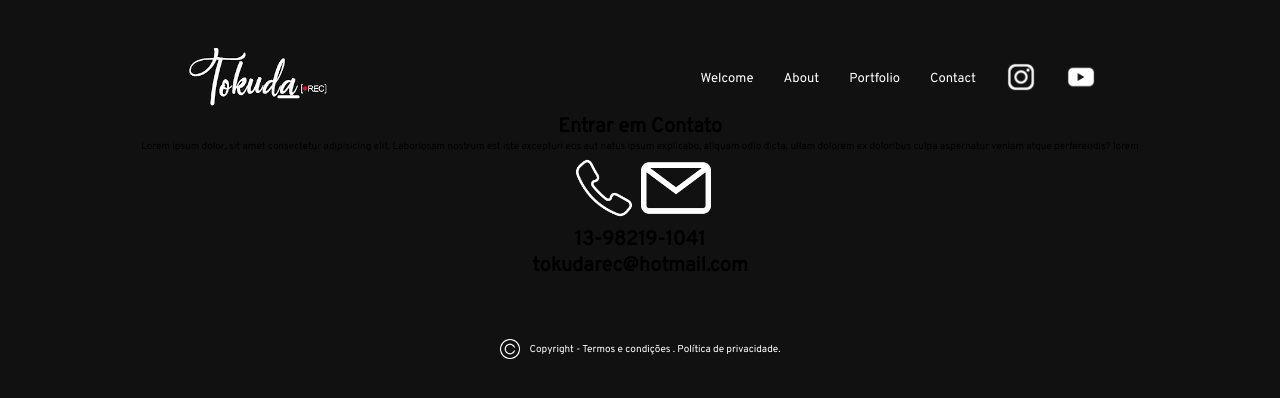
Repository: Lucasbeze/Project-FilmMaker
Page: projeto-alex/pages/contact.html
An editor plug-in stored every save of this project. The page is shown before and after a run of saves, followed by the edit.
The browser window is 1280 px wide. The pictures show the whole page.

Above is the page before, as saved 2022-08-26 16:32:41.

### projeto-alex/pages/contact.html
<!DOCTYPE html>
<html lang="pt-br">
<head>
  <meta charset="UTF-8">
  <meta http-equiv="X-UA-Compatible" content="IE=edge">
  <meta name="viewport" content="width=device-width, initial-scale=1.0">
  <title>Contact</title>
  <link rel="stylesheet" href="/css/contact.css">
  <link rel="shortcut icon" href="../imagens/faviconlogo.png" type="image/x-icon">
</head>
<body>
  <header>
    <a href="/"><img src="../imagens/logonovo.png" alt="logo-alextokuda"></a>
    <nav>
      <a href="/">Welcome</a>
      <a href="/about">About</a>
      <a href="/portfolio">Portfolio</a>
      <a href="/contact">Contact</a>
      <a href="https://www.instagram.com/" target="_blank"><img src="../imagens/instagram.png" alt="icon-instagram"></a>
      <a href="https://www.youtube.com/" target="_blank"><img src="../imagens/youtube.png" alt="icon-youtube"></a>
    </nav>
  </header>
  <main>
    <div class="main-page">
      <h1>Entrar em Contato</h1>
      <p>Lorem ipsum dolor, sit amet consectetur adipisicing elit. Laboriosam nostrum est iste excepturi eos aut natus ipsum explicabo, aliquam odio dicta, ullam dolorem ex doloribus culpa aspernatur veniam atque perferendis? lorem</p>
    </div>
    <div class="img">
        <img src="../imagens/telefone (1).png" alt="icon-telefone">
        <img src="../imagens/o-email.png" alt="icone-meial">
      </div>
      <div class="content">
        <h1>13-98219-1041</h1>

        <h1>tokudarec@hotmail.com</h1>
      </div>


  </main>
  <footer>
    <img src="../imagens/copyright.png" alt="copyright-icon">
    <p>Copyright - Termos e condições . Política de privacidade. </p>
  </footer>

### projeto-alex/css/contact.css
@import url('https://fonts.googleapis.com/css2?family=Overpass&display=swap');

*{
  margin:0;
  padding:0;
  box-sizing:border-box;
}
:root {
  --main-bg-color:#111111;
  --text-color:#FFFFFF;
  --ff-text:'Overpass', sans-serif;
  --color-button: #D9D9D9;
  --color-butttonh:#afafaf ;
  font-size: 62.5%;
}
body{
  background-color:var(--main-bg-color);
  font-family:'Overpass', sans-serif;;
}
header{
  margin-top: 4.4rem;
  display: flex;
  align-items: center;
  justify-content: space-around;

}
header nav{
  font-size: 1.3rem;
  display: flex;
  align-items:center;
  gap: 30px;
}
header nav a {
  text-decoration: none;
  color:var(--text-color);
}
header nav img {
  width: 30px;
}
main {
  text-align: center;
}
.main-page {
  display: flex;
  align-items: center;
  flex-direction: column;
  justify-content: center;
}
.img img{
  width: 7rem;
}

footer{
  margin-top: 6rem;
  display:flex;
  align-items: center;
  justify-content: center;
  align-content: center;
  gap: 1rem;
  color: var(--text-color);
}
footer img{
  width:20px;
}

After the next 2 saves:
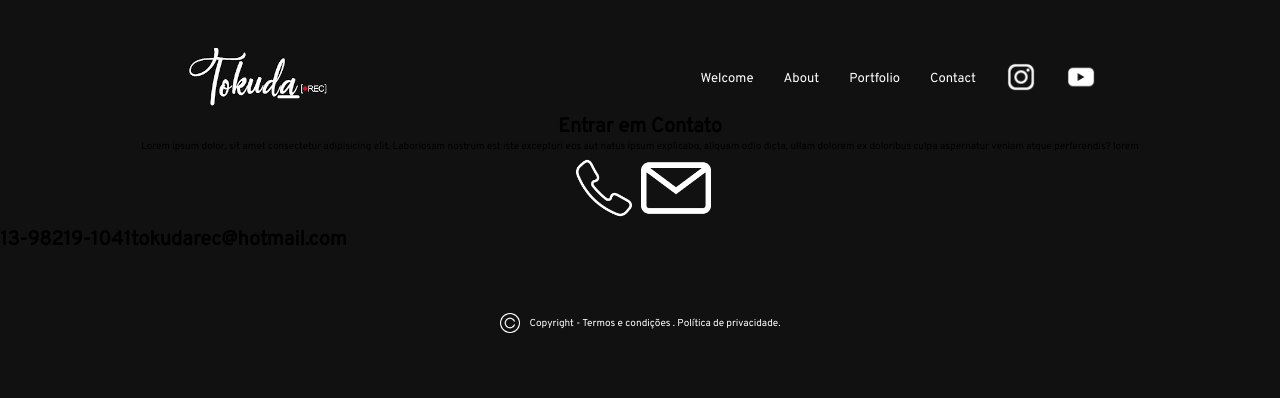
The 2 saves are shown as one change because they came seconds apart.
The last was saved 9 s later.
--- a/projeto-alex/css/contact.css
+++ b/projeto-alex/css/contact.css
@@ -49,7 +49,9 @@ main {
 .img img{
   width: 7rem;
 }
-
+.content {
+  display: flex;
+}
 footer{
   margin-top: 6rem;
   display:flex;
